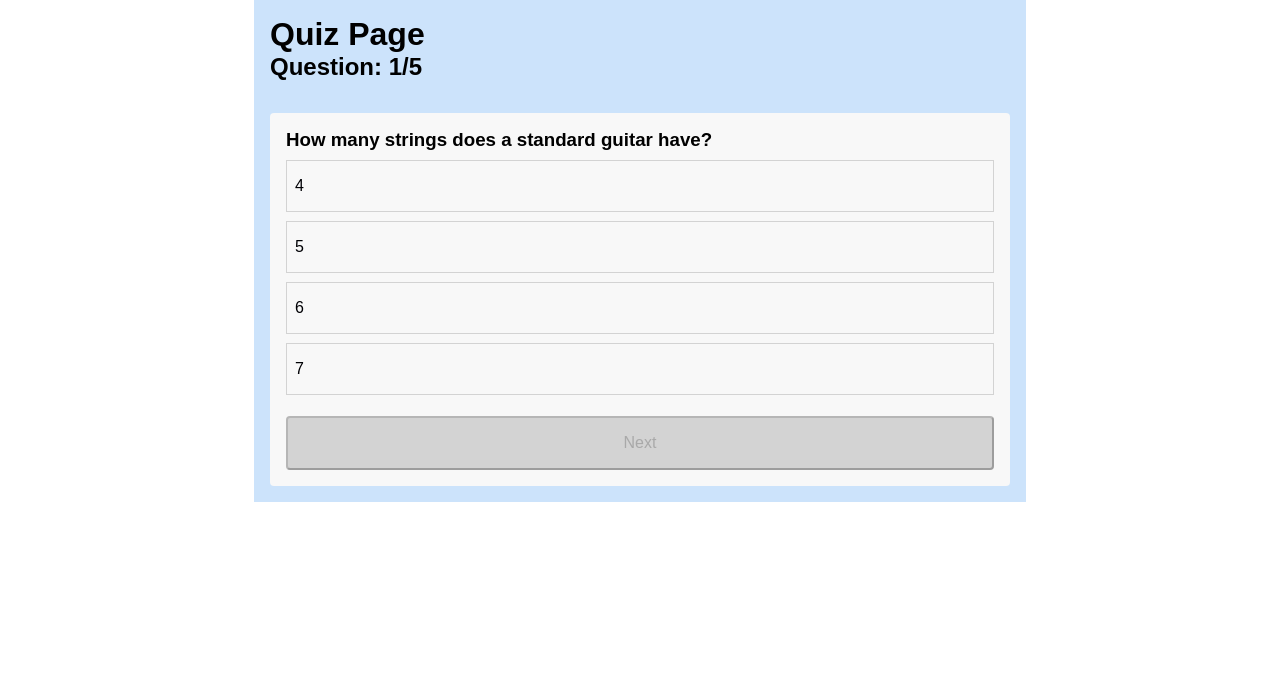
Repository: 1medi/pocketprof
Page: /quiz/page
These files come from the project's save history. The page is drawn as it stood at one moment and after the next save; the edit follows.
The browser window is 1280 px wide. The pictures show the whole page.
The project was rebuilt for these pictures with package versions that can differ from the ones it lists, and the page was loaded fresh each time. The framework's server and built-in components were replaced by stand-ins that run in the browser. Also part of the build but not shown: next.config.mjs.

Above is the page before, as saved 2024-04-08 10:34:25.

### pages/quiz/page.jsx
'use client';
import React, { useState, useRef, useEffect } from 'react';
import { quiz } from "../data"
import styles from "./page.module.css"
import { Montserrat } from "next/font/google"

const notoSans = Montserrat({
  subsets: ['latin'],
});

export default function Page() {
  const [activeQuestion, setActiveQuestion] = useState(0);
  const [selectedAnswer, setSelectedAnswer] = useState('');
  const [checked, setChecked] = useState(false);
  const [selectedAnswerIndex, setSelectedAnswerIndex] = useState(null);
  const [showResult, setShowResult] = useState(false);
  const [result, setResult] = useState({
    score: 0,
    correctAnswers: 0,
    wrongAnswers: 0,
  });

  const nextButtonRef = useRef(null);

  const { questions } = quiz;
  const { answers, correctAnswer } = questions[activeQuestion];

  const onAnswerSelected = (answer, idx, event = null) => {
    if (event && event.type === 'keydown' && (event.key !== 'Enter' && event.key !== ' ')) {
      return;
    }
    setChecked(true);
    setSelectedAnswerIndex(idx);
    if (answer === correctAnswer) {
      setSelectedAnswer(true);
      console.log('true');
    } else {
      setSelectedAnswer(false);
      console.log('false');
    }
  };


  useEffect(() => {
    if (checked && nextButtonRef.current) {
      nextButtonRef.current.focus();
    }
  }, [checked]);

  const nextQuestion = () => {
    setSelectedAnswerIndex(null);
    setResult((prev) =>
      selectedAnswer
        ? {
            ...prev,
            score: prev.score + 5,
            correctAnswers: prev.correctAnswers + 1,
          }
        : {
            ...prev,
            wrongAnswers: prev.wrongAnswers + 1,
          }
    );
    if (activeQuestion !== questions.length - 1) {
      setActiveQuestion((prev) => prev + 1);
    } else {
      setActiveQuestion(0);
      setShowResult(true);
    }
    setChecked(false);
  };

  return (
    <>
        <div className={`${styles.container}`}>
      <h1 className={styles.title}>Quiz Page</h1>
      <div>
        <h2 className={styles.activeQ}>
          Question: {activeQuestion + 1}
          <span>/{questions.length}</span>
        </h2>
      </div>
      <div>
        {!showResult ? (
          <div className={styles.quizContainer}>
            <h3 className={styles.question}>{questions[activeQuestion].question}</h3>
            {answers.map((answer, idx) => (
              <li
                key={idx}
                onClick={() => onAnswerSelected(answer, idx)}
                onKeyDown={(event) => onAnswerSelected(answer, idx, event)}
                className={`${styles.answerList} ${selectedAnswerIndex === idx ? styles.itemSelected : styles.itemHover}`}
                tabIndex={0}>
                <span>{answer}</span>
              </li>
            ))}

            <button
              ref={nextButtonRef}
              onClick={nextQuestion}
              className={checked ? styles.btn : styles.btnDisabled}
              tabIndex={2}
              disabled={!checked}>
              {activeQuestion === questions.length - 1 ? 'Finish' : 'Next'}
            </button>
          </div>
        ) : (
          <div className={styles.quizContainer}>
            <h3 className={styles.hthree}>Results</h3>
            <h3 className={styles.hthree}>Overall {(result.score / (questions.length * 5)) * 100}%</h3>
            <p className={styles.paragraph}>
              Total Questions: <span>{questions.length}</span>
            </p>
            <p className={styles.paragraph}>
              Total Score: <span>{result.score}</span>
            </p>
            <p className={styles.paragraph}>
              Correct Answers: <span>{result.correctAnswers}</span>
            </p>
            <p className={styles.paragraph}>
              Wrong Answers: <span>{result.wrongAnswers}</span>
            </p>
            <button className={styles.btn} onClick={() => window.location.reload()}>Restart</button>
          </div>
        )}
      </div>
    </div>
    </>

  );
};

### styles/globals.css
:root {
background-color: white;
align-content: center;
--main-color-purple: #8E71D5;
--main-color-lightpurple: #CCBFED;
--secondary-color-blue: #9AB7F9;
--secondary-color-lightblue: #CCE3FB;

--main-font: "mont", sans-serif;


}


* {
    padding: 0;
    margin: 0;
  }

  ol,
  ul {
    list-style: none;
  }

### pages/data.js
export const quiz = {
    totalQuestions: 5,
    questions: [
      {
        id: 1,
        question: 'How many strings does a standard guitar have?',
        answers: ['4', '5', '6', '7'],
        correctAnswer: '6',
      },
      {
        id: 2,
        question: 'Which part of the guitar do you strum or pluck the strings with?',
        answers: ['Headstock', 'Fretboard', 'Body', 'Bridge'],
        correctAnswer: 'Body',
      },
      {
        id: 3,
        question: 'What is a pick used for in playing the guitar?',
        answers: ['Holding the strings down', 'Strumming or plucking the strings', 'Keeping the guitar in tune', 'San Marino'],
        correctAnswer: 'Strumming or plucking the strings',
      },
      {
        id: 4,
        question: 'What is the name of the thickest string on the guitar?',
        answers: ['A string', 'E string', 'D string', 'G string'],
        correctAnswer: 'E string',
      },
      {
        id: 5,
        question: 'Where do you place your fingers to play different notes on the guitar?',
        answers: ['On the body', 'On the headstock', 'On the strings over the fretboard', 'On the tuning pegs'],
        correctAnswer: 'On the strings over the fretboard',
      },
    ],
  };

### pages/quiz/page.module.css
.container{
    padding: 1rem 5rem;
    background-color: var(--secondary-color-lightblue);
    font-family: "Noto", sans-serif;
  }

.title,
.activeQ{
    color: black;
  }

  .hthree {
    padding-bottom: 2rem;
    color: #000105;
    font-size: 1.8rem;
  }

  .btn {
    padding: 16px 8px;
    width: 100%;
    margin-top: 12px;
    font-size: 1rem;
    border-radius: 4px;
    cursor: pointer;
    background-color: var(--main-color-purple);
    color: #f8f8f8;
  }

  .btnDisabled {
    background-color: lightgray;
    padding: 16px 8px;
    width: 100%;
    margin-top: 12px;
    font-size: 1rem;
    border-radius: 4px;
    color: darkgray;

  }

  .answerList {
    list-style-type: none;
    cursor: pointer;
    margin: 9px 0;
    padding: 16px 8px;
    color: #000105;
    border: 1px solid lightgray;
  }

  .itemHover:hover {
    background-color: #d8d8d8;
    columns: #fff;
  }

  .itemSelected {
    color: #fff;
    background-color: #000925;
  }

  .container {
    max-width: 740px;
    width: 100%;
    margin: auto;
    padding: 1rem;
  }

  .quizContainer {
    background-color: #f8f8f8;
    padding: 1rem;
    margin-top: 2rem;
    border-radius: 4px;
  }

  .paragraph {
    padding: 8px 0;
  }

Loaded but not shown: pages/_app.js (common file); pages/_document.js (common file)

After the next save:
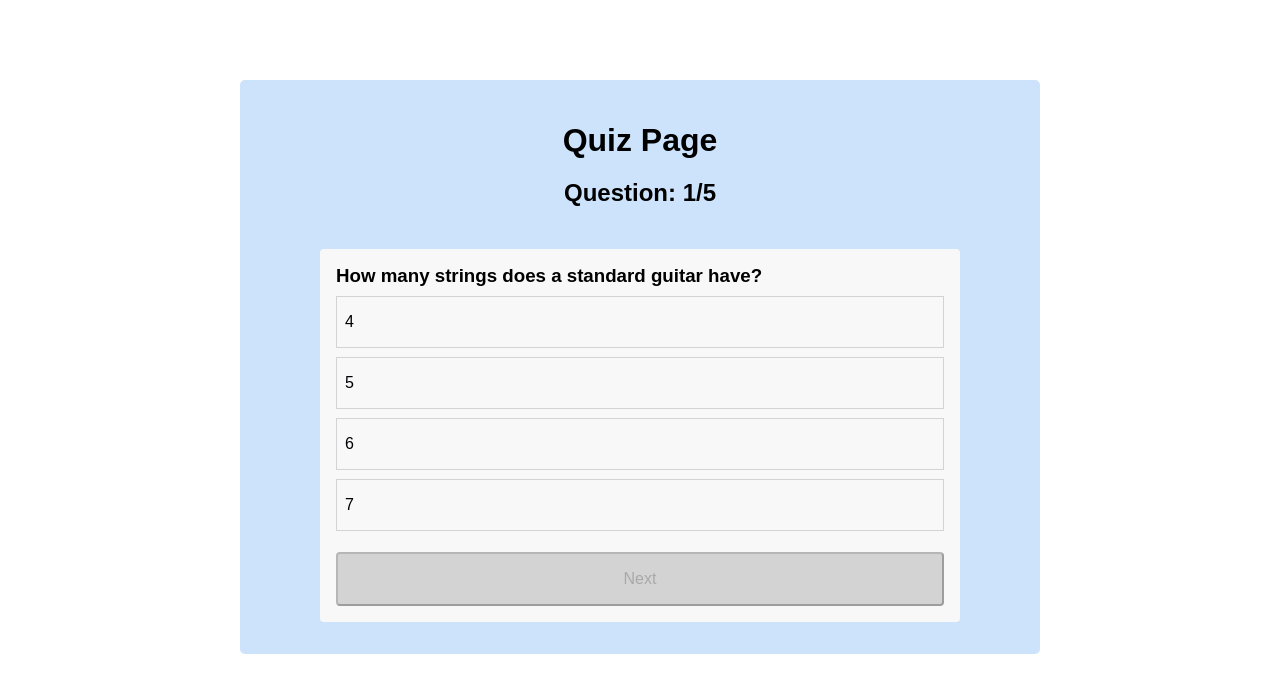
Saved 7 min 12 s later.
--- a/pages/quiz/page.module.css
+++ b/pages/quiz/page.module.css
@@ -1,75 +1,75 @@
 .container{
-    padding: 1rem 5rem;
-    background-color: var(--secondary-color-lightblue);
-    font-family: "Noto", sans-serif;
-  }
+  padding: 2rem 5rem;
+  background-color: var(--secondary-color-lightblue);
+  font-family: "Noto", sans-serif;
+  max-width: 740px;
+  width: 50%;
+  margin: auto;
+  margin-top: 5em;
+  border-radius: 5px;
+}
 
 .title,
 .activeQ{
-    color: black;
-  }
+  color: black;
+  text-align: center;
+  padding:10px;
+}
 
-  .hthree {
-    padding-bottom: 2rem;
-    color: #000105;
-    font-size: 1.8rem;
-  }
+.hthree {
+  padding-bottom: 2rem;
+  color: #000105;
+  font-size: 1.8rem;
+}
 
-  .btn {
-    padding: 16px 8px;
-    width: 100%;
-    margin-top: 12px;
-    font-size: 1rem;
-    border-radius: 4px;
-    cursor: pointer;
-    background-color: var(--main-color-purple);
-    color: #f8f8f8;
-  }
+.btn {
+  padding: 16px 8px;
+  width: 100%;
+  margin-top: 12px;
+  font-size: 1rem;
+  border-radius: 4px;
+  cursor: pointer;
+  background-color: var(--main-color-purple);
+  color: #f8f8f8;
+}
 
-  .btnDisabled {
-    background-color: lightgray;
-    padding: 16px 8px;
-    width: 100%;
-    margin-top: 12px;
-    font-size: 1rem;
-    border-radius: 4px;
-    color: darkgray;
+.btnDisabled {
+  background-color: lightgray;
+  padding: 16px 8px;
+  width: 100%;
+  margin-top: 12px;
+  font-size: 1rem;
+  border-radius: 4px;
+  color: darkgray;
 
-  }
+}
 
-  .answerList {
-    list-style-type: none;
-    cursor: pointer;
-    margin: 9px 0;
-    padding: 16px 8px;
-    color: #000105;
-    border: 1px solid lightgray;
-  }
+.answerList {
+  list-style-type: none;
+  cursor: pointer;
+  margin: 9px 0;
+  padding: 16px 8px;
+  color: #000105;
+  border: 1px solid lightgray;
+}
 
-  .itemHover:hover {
-    background-color: #d8d8d8;
-    columns: #fff;
-  }
+.itemHover:hover {
+  background-color: #CCBFED;
+  columns: #fff;
+}
 
-  .itemSelected {
-    color: #fff;
-    background-color: #000925;
-  }
+.itemSelected {
+  color: #fff;
+  background-color:#8E71D5;
+}
 
-  .container {
-    max-width: 740px;
-    width: 100%;
-    margin: auto;
-    padding: 1rem;
-  }
+.quizContainer {
+  background-color: #f8f8f8;
+  padding: 1rem;
+  margin-top: 2rem;
+  border-radius: 4px;
+}
 
-  .quizContainer {
-    background-color: #f8f8f8;
-    padding: 1rem;
-    margin-top: 2rem;
-    border-radius: 4px;
-  }
-
-  .paragraph {
-    padding: 8px 0;
-  }
+.paragraph {
+  padding: 8px 0;
+}
